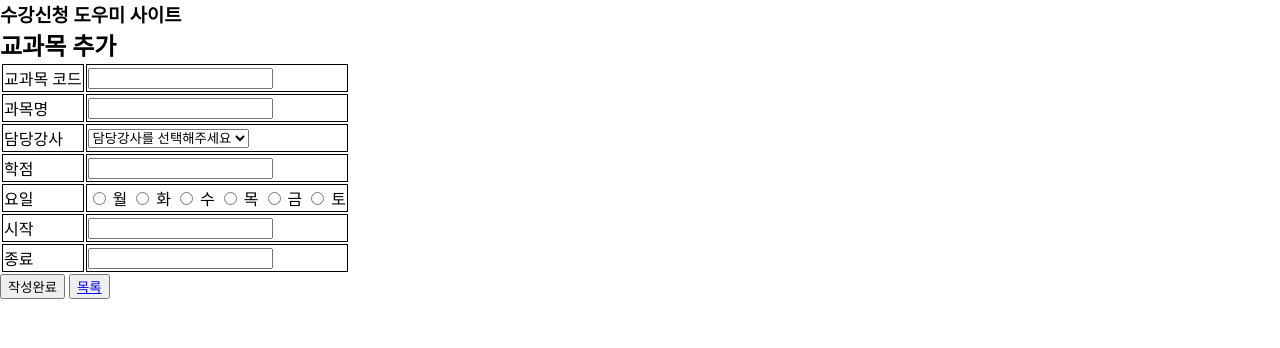
Repository: Tor1a/SpringSet
Page: http://localhost/practice02/WEB-INF/views/course/add.jsp
The author's editor kept a copy of each file at every save. The page is drawn from the files as they stood at one save, then again after the next save.
The browser window is 1280 px wide. The pictures show the whole page.
The page is served by Tomcat 9. Nobody is signed in. The template is opened directly, without the code that normally fills it, so the values that code supplies are empty.

Above is the page before, as saved 2022-04-14 04:08:30.

After the next save:
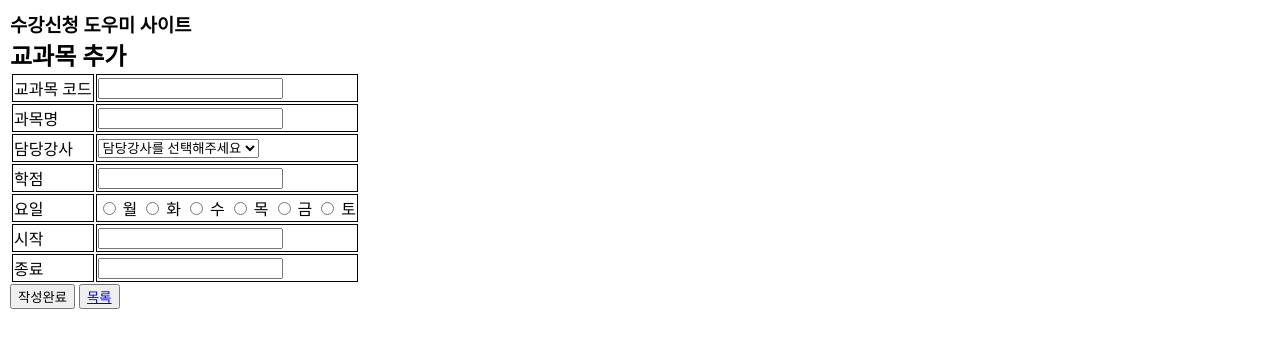
Saved 14 s later.
--- a/practice02/src/main/webapp/WEB-INF/views/course/add.jsp
+++ b/practice02/src/main/webapp/WEB-INF/views/course/add.jsp
@@ -10,13 +10,13 @@
 <head>
 <meta charset="UTF-8">
 <script src="../js/jquery-3.6.0.min.js"></script>
-<link rel="stylesheet" href="${pageContext.request.contextPath}/resources/css/update.css">
+<link rel="stylesheet" href="${pageContext.request.contextPath}/resources/css/add.css">
 <script src="${pageContext.request.contextPath}/resources/js/Add.js"></script>
 
 <title>수강신청 도우미 사이트</title>
 </head>
 <body>
-<div>
+<div id="wrapper">
 	<header>
    		<h3>수강신청 도우미 사이트</h3>
    </header>
